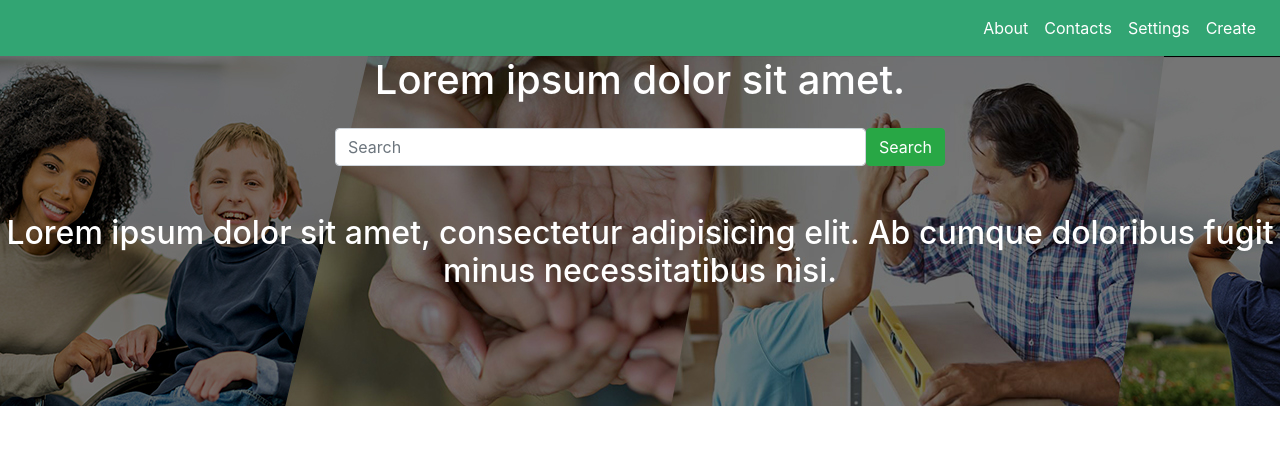
Repository: abduvali-aminov/fond
Page: http://localhost/main
An editor plug-in stored every save of this project. The page is shown before and after a run of saves, followed by the edit.
The browser window is 1280 px wide. The pictures show the whole page.
The page is served by the project's Laravel application, run on PHP 8.4 with Laravel 8.

Above is the page before, as saved 2021-01-18 12:37:22.

After the next 4 saves:
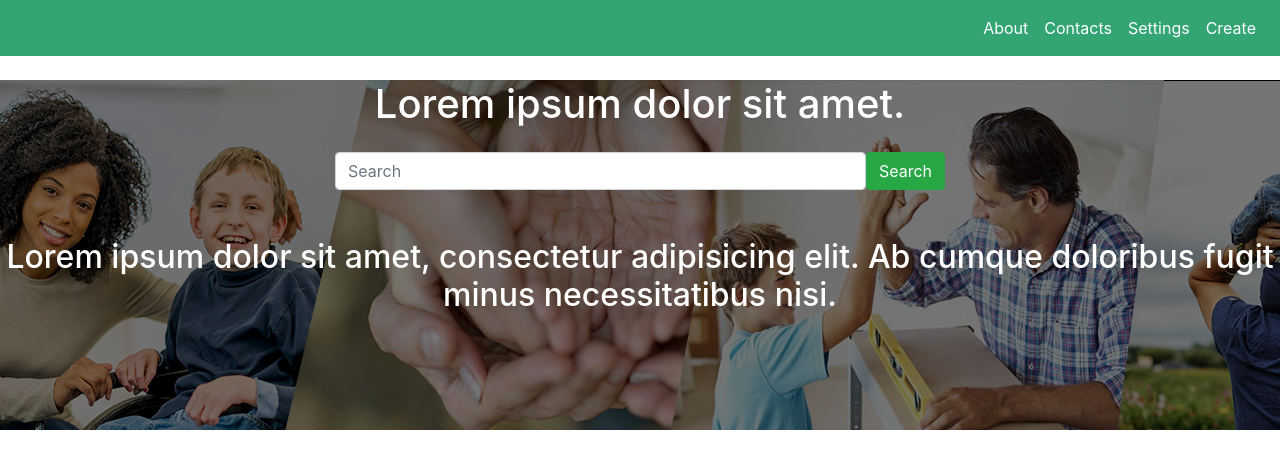
The 4 saves are shown as one change because they came seconds apart.
The last was saved 11 s later.
--- a/resources/views/main/index.blade.php
+++ b/resources/views/main/index.blade.php
@@ -3,7 +3,7 @@
 
     <div  style="height: 350px;background-image:url('{{ asset('images/photo_3.jpg') }}');position:relative">
         <center>
-            <div>
+            <div class="mt-4">
                 <h1 class="text-white">Lorem ipsum dolor sit amet.</h1>
                 <form class="d-flex col-6 mt-4">
                     <input class="form-control" type="search" placeholder="Search" aria-label="Search">

After the save that followed:
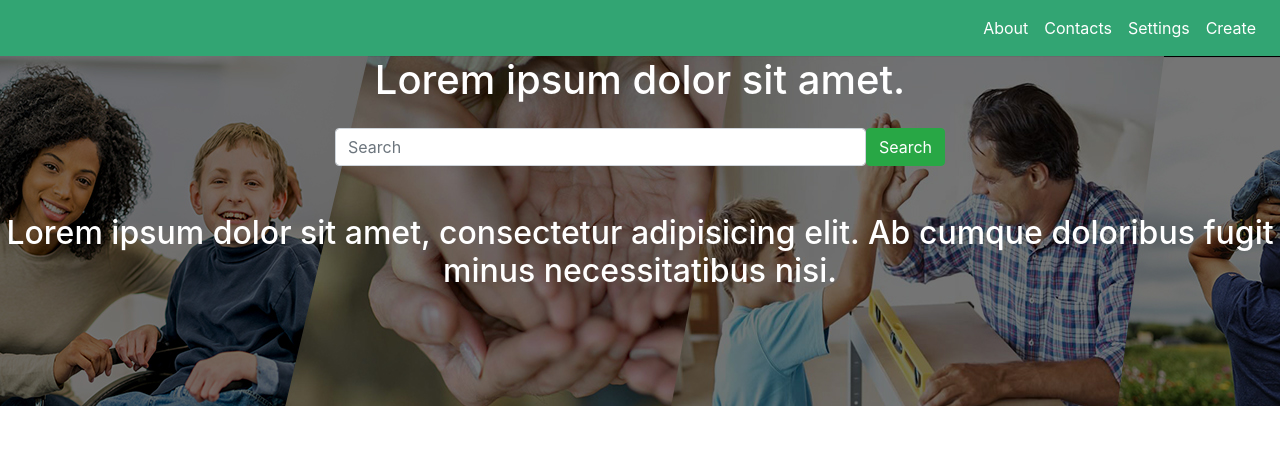
Saved 10 s later.
--- a/resources/views/main/index.blade.php
+++ b/resources/views/main/index.blade.php
@@ -3,7 +3,7 @@
 
     <div  style="height: 350px;background-image:url('{{ asset('images/photo_3.jpg') }}');position:relative">
         <center>
-            <div class="mt-4">
+            <div>
                 <h1 class="text-white">Lorem ipsum dolor sit amet.</h1>
                 <form class="d-flex col-6 mt-4">
                     <input class="form-control" type="search" placeholder="Search" aria-label="Search">
